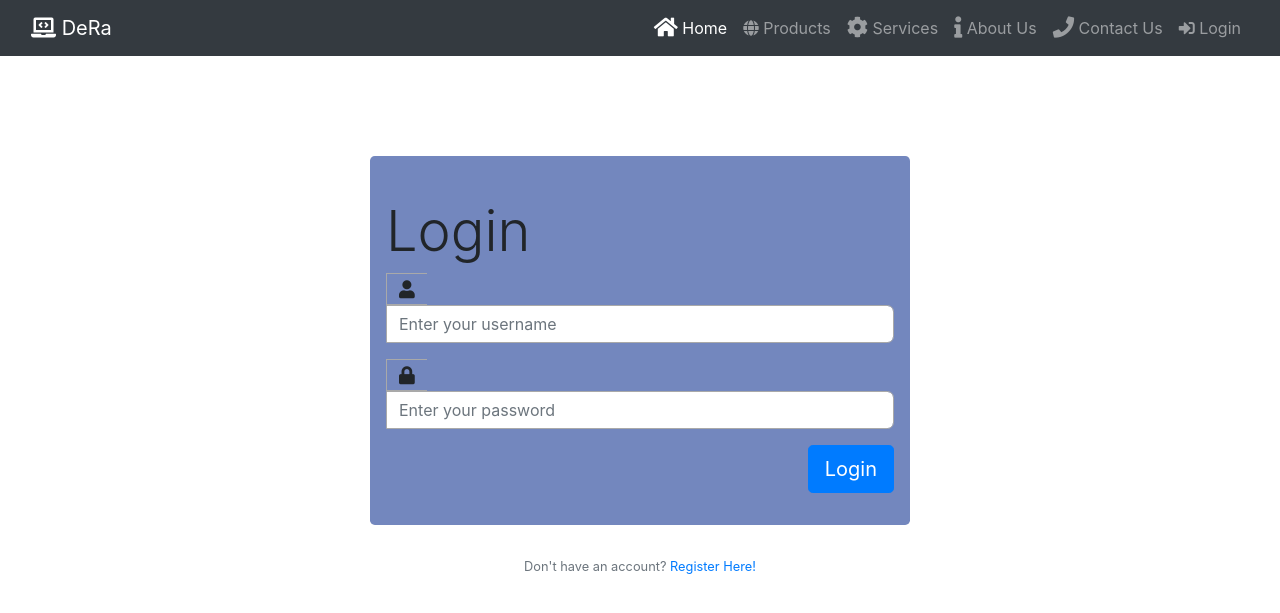
Repository: deividwsantoss/web6201-Lab1
Page: login.html
These files come from the project's save history. The page is drawn as it stood at one moment and after the next save; the edit follows.
The browser window is 1280 px wide. The pictures show the whole page.

Above is the page before, as saved 2021-03-03 16:15:19.

After the next save:
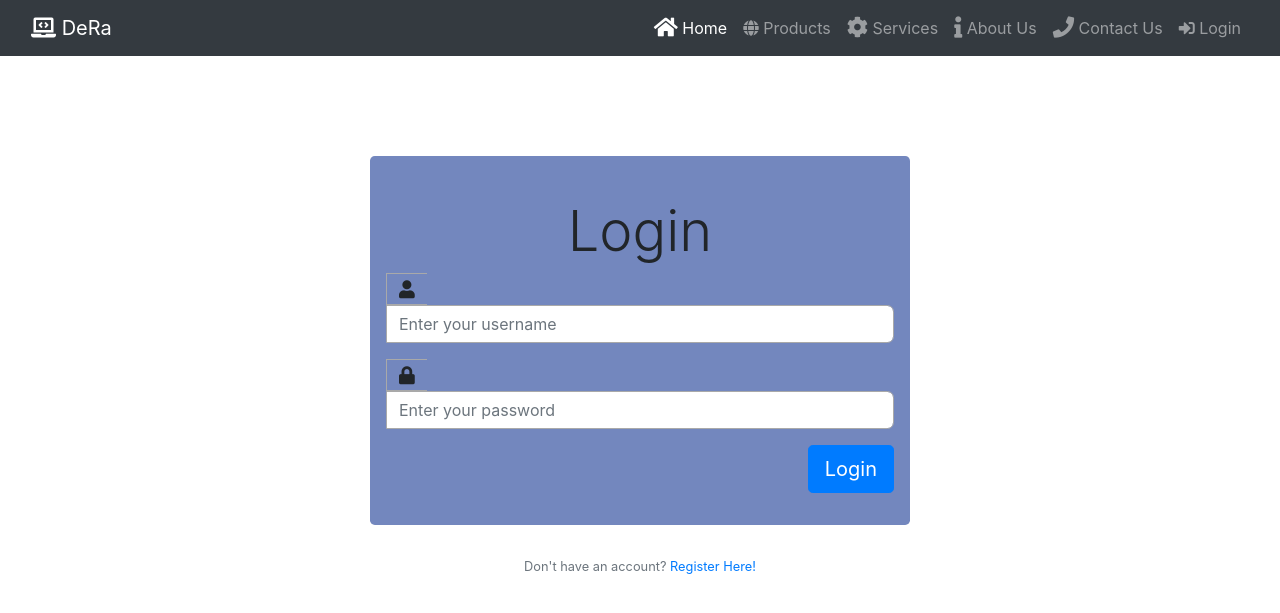
Saved 7 s later.
--- a/Content/app.css
+++ b/Content/app.css
@@ -193,6 +193,6 @@ h1{
 }
 .login h1{
     position: static;
-    align:center;
+    text-align:center;
 
 }
